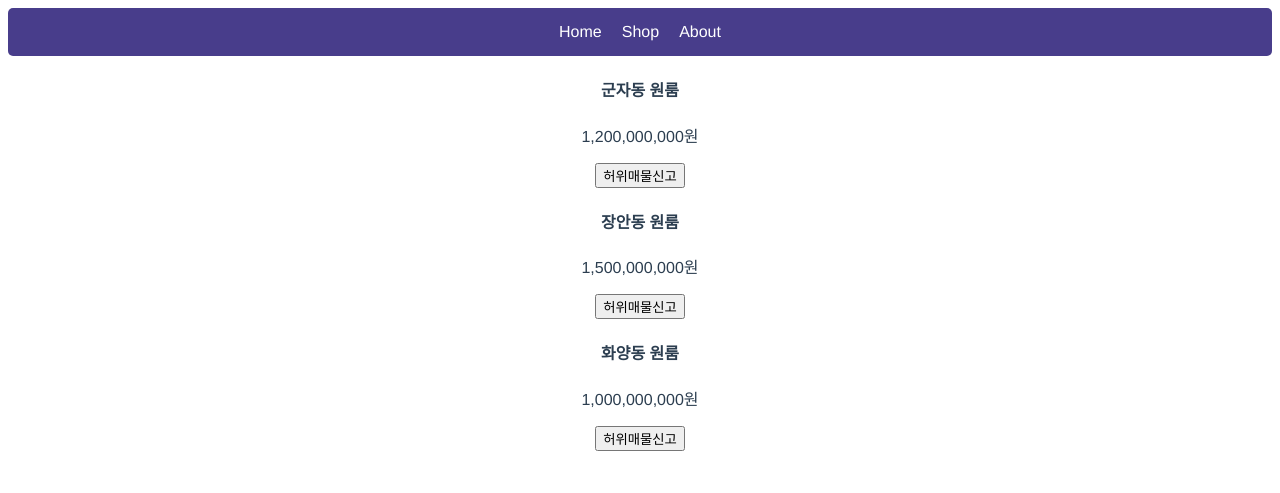
Repository: jy0813/Function
Page: / (app in function/)
An editor plug-in stored every save of this project. The page is shown before and after the next save, followed by the edit.
The browser window is 1280 px wide. The pictures show the whole page.
The project was rebuilt for these pictures with package versions that can differ from the ones it lists, and the page was loaded fresh each time.

Above is the page before, as saved 2022-02-23 14:59:32.

After the next save:
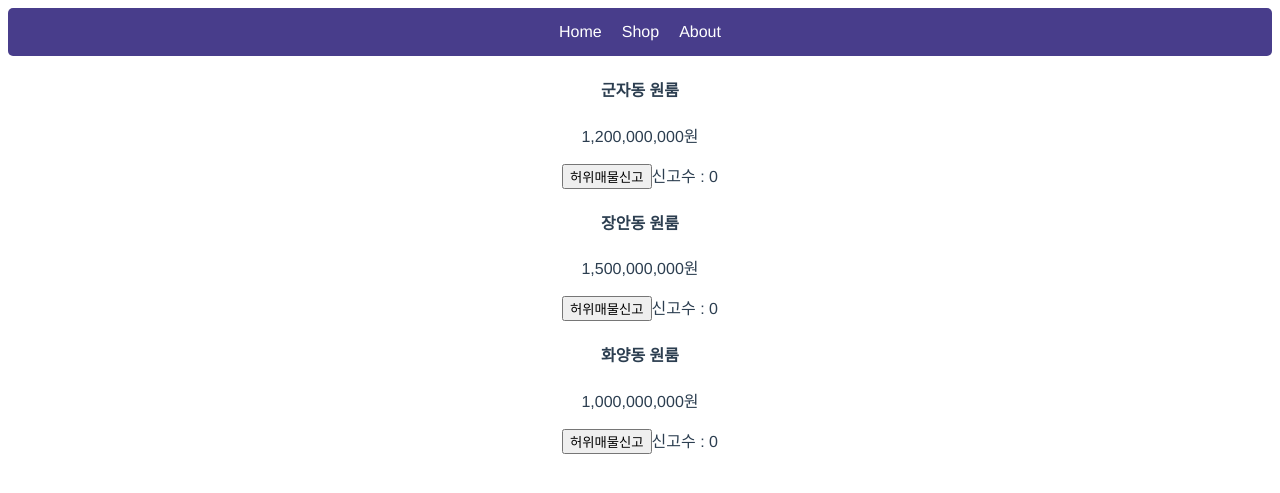
Saved 10 s later.
--- a/function/src/App.vue
+++ b/function/src/App.vue
@@ -6,6 +6,7 @@
   <h4>{{item.address}}</h4>
   <p>{{numSet(item.price)}}원</p>
   <button>허위매물신고</button>
+  <span>신고수 : 0</span>
 </div>
 </template>
 
